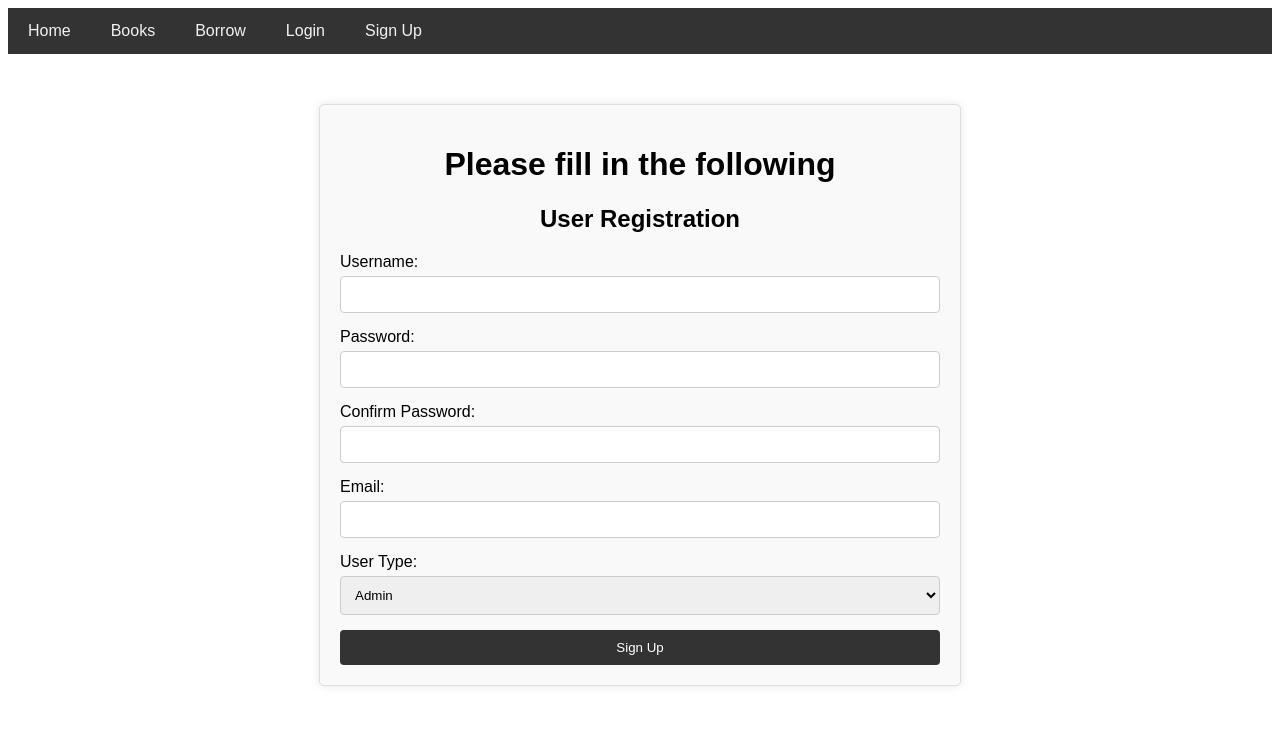
Repository: fadyesk12/Web-Technology-Course-Project
Page: auth/signup.html
An editor plug-in stored every save of this project. The page is shown before and after the next save, followed by the edit.
The browser window is 1280 px wide. The pictures show the whole page.

Above is the page before, as saved 2024-04-19 02:29:52.

After the next save:
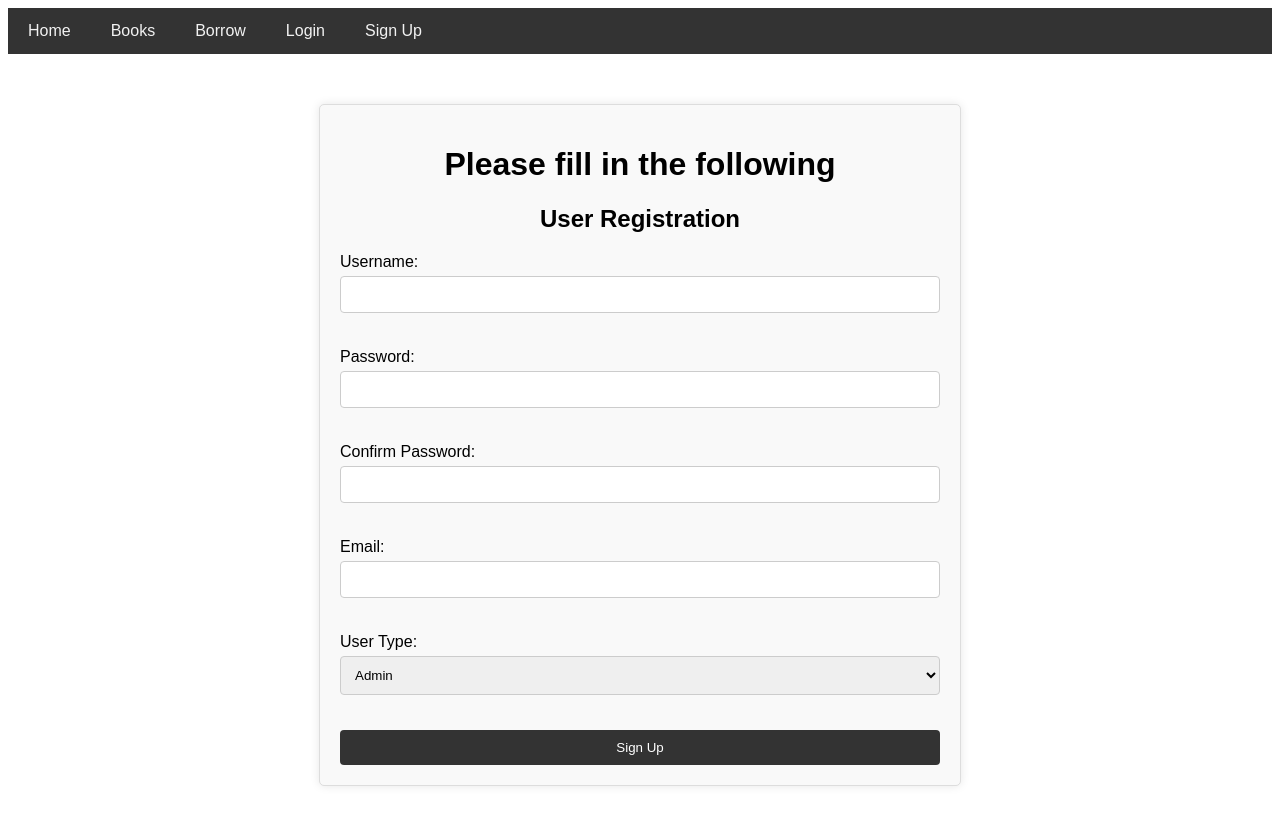
Saved 39 s later.
--- a/Styling/signup.css
+++ b/Styling/signup.css
@@ -29,6 +29,10 @@
     border-radius: 5px;
     background-color: #f9f9f9;
     box-shadow: 0 0 10px rgba(0, 0, 0, 0.1);
+  }
+
+  .form-group {
+    margin-bottom: 20px;
   }
 
   h1, h2 {
